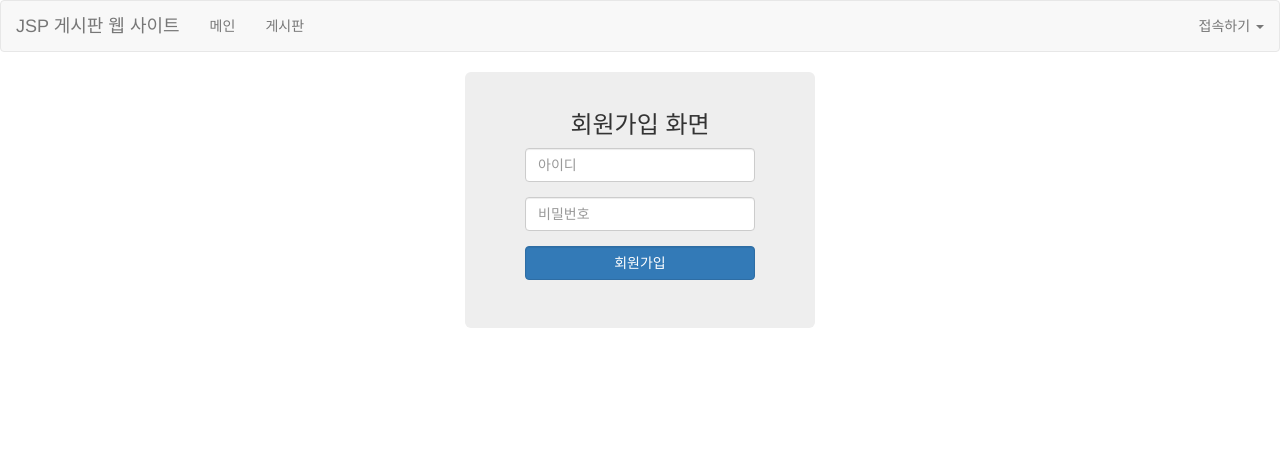
Repository: GorillaDunk/JSP
Page: http://localhost/BBS/join.jsp
The author's editor kept a copy of each file at every save. The page is drawn from the files as they stood at one save, then again after the next save.
The browser window is 1280 px wide. The pictures show the whole page.
Some web libraries are served in a nearby version. The page is served by Tomcat 9.

Above is the page before, as saved 2023-10-14 09:58:55.

After the next save:
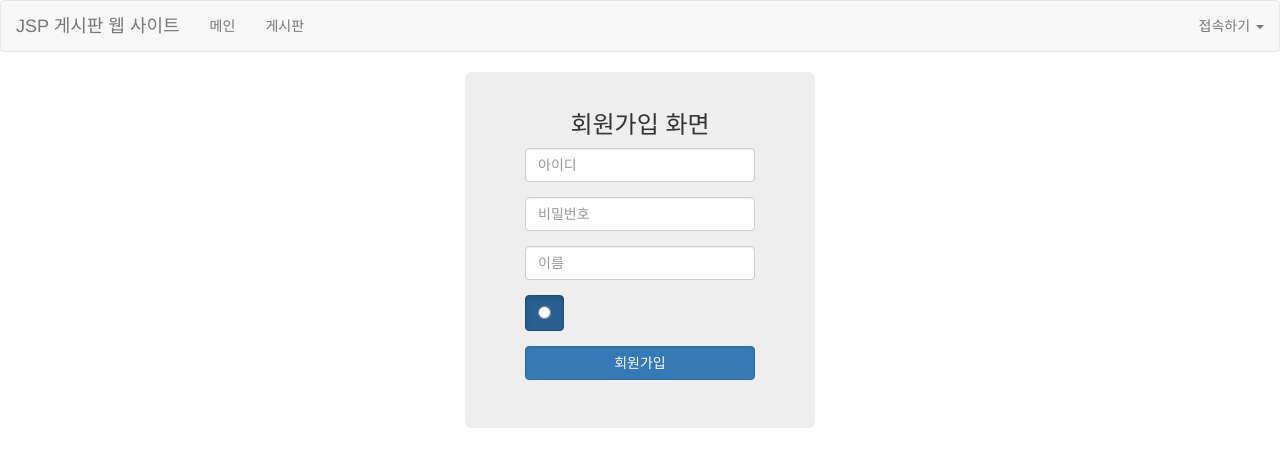
Saved 2 min 20 s later.
--- a/projects/BBS/src/main/webapp/join.jsp
+++ b/projects/BBS/src/main/webapp/join.jsp
@@ -56,6 +56,14 @@
 					<div class="form-group">
 						<input type="password" class="form-control" placeholder="비밀번호" name="userPassword" maxlength="20">
 					</div>
+					<div class="form-group">
+						<input type="text" class="form-control" placeholder="이름" name="userName" maxlength="20">
+					</div>
+					<div class="form-group style="text-align: center;">
+						<div class="btn btn-primary active">
+						<input type="radio" name="userGender" autocomplete="off">
+						</div>
+					</div>
 					<input type="submit" class="btn btn-primary form-control" value="회원가입">
 				</form>
 			</div>
